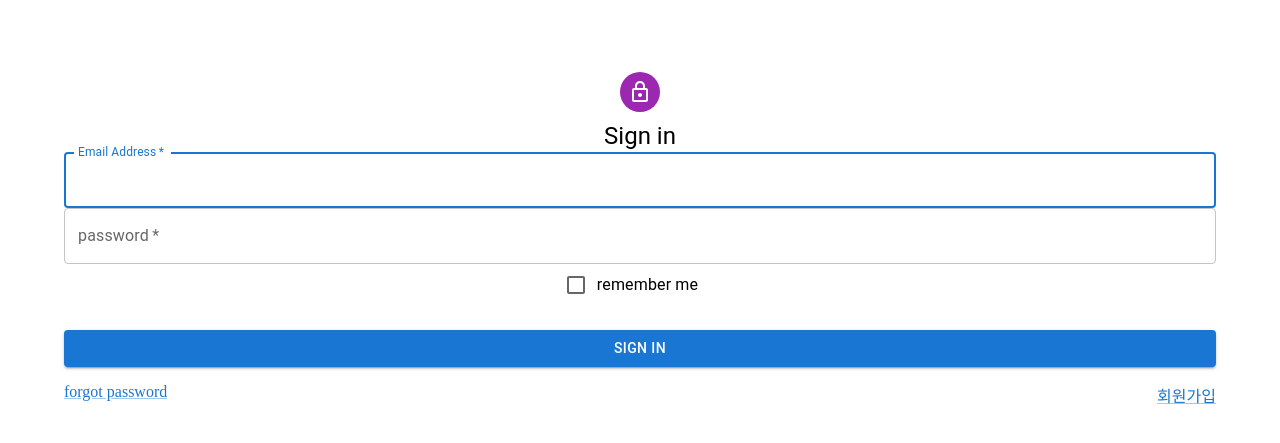
Repository: chlwpdnswku/nextjsportpolioclone
Page: /
These files come from the project's save history. The page is drawn as it stood at one moment and after the next save; the edit follows.
The browser window is 1280 px wide. The pictures show the whole page.
The project was rebuilt for these pictures with package versions that can differ from the ones it lists, and the page was loaded fresh each time. The framework's server and built-in components were replaced by stand-ins that run in the browser. Also part of the build but not shown: next.config.js.

Above is the page before, as saved 2022-08-05 17:24:47.

After the next save:
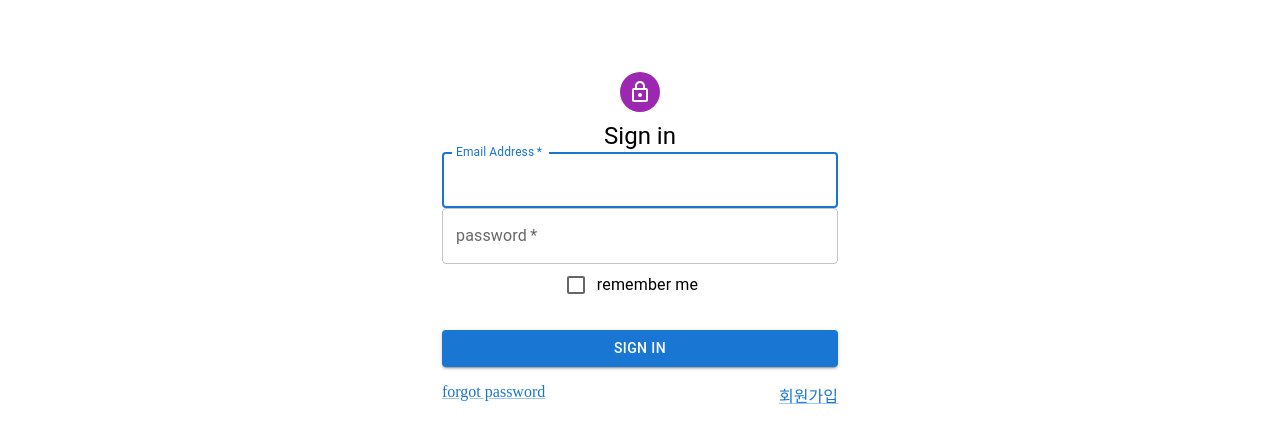
Saved 44 s later.
--- a/pages/index.tsx
+++ b/pages/index.tsx
@@ -20,7 +20,7 @@ import Checkbox from '@mui/material/Checkbox';
 
 const Home: NextPage = () => {
   return (
-    <Container>
+    <Container maxWidth='xs'>
       <Box
         sx={{
           marginTop: 8,
